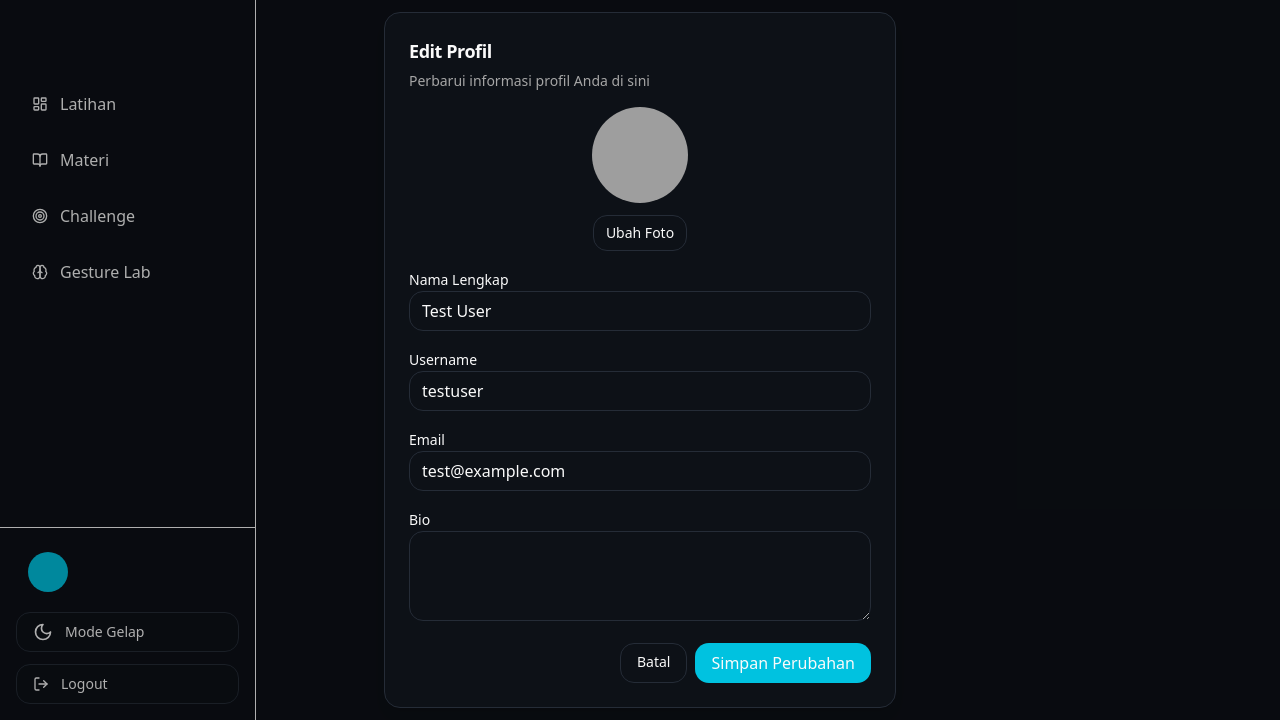
Repository: Tisna7/GESTURA
Page: http://localhost/profile/edit
The author's editor kept a copy of each file at every save. The page is drawn from the files as they stood at one save, then again after the next save.
The browser window is 1280 px wide. The pictures show the whole page.
Pictures or frames that could not be fetched are drawn as grey boxes. The page is served by the project's Laravel application, run on PHP 8.4 with Laravel 12. A made-up administrator, Test User (test@example.com), is signed in. Other server files are loaded and not shown. Style sheets and scripts are compiled from the project's sources, by tool versions that may differ from the author's.

Above is the page before, as saved 2025-11-23 16:32:35.

### app/Providers/AppServiceProvider.php
<?php

namespace App\Providers;

use Illuminate\Support\ServiceProvider;

class AppServiceProvider extends ServiceProvider
{
    /**
     * Register any application services.
     */
    public function register(): void
    {

    }

    /**
     * Bootstrap any application services.
     */
    public function boot(): void
    {

    }
}

### routes/web.php
<?php

use Illuminate\Support\Facades\Route;
use App\Http\Controllers\AuthController;
use App\Http\Controllers\ProfileController;

Route::get('/', function () {
    return view('landingpage');
});

Route::get('/auth', [AuthController::class, 'showPage'])->name('auth.page');

// Route::post('/register', [AuthController::class, 'register'])->name('register');

// Route::post('/login', [AuthController::class, 'login'])->name('login');
// Route::post('/logout', [AuthController::class, 'logout'])->name('logout');


// REGISTER
Route::post('/register', [AuthController::class, 'register'])->name('auth.register');

// LOGIN
Route::post('/login', [AuthController::class, 'login'])->name('auth.login');

// LOGIN GUEST
Route::get('/login/guest', [AuthController::class, 'loginGuest'])->name('auth.guest');

// LOGOUT
Route::get('/logout', [AuthController::class, 'logout'])->name('auth.logout');


Route::get('/profile/edit', [ProfileController::class, 'edit'])->name('profile.edit');
Route::put('/profile/update', [ProfileController::class, 'update'])->name('profile.update');


Route::get('/profile', function () {
    return view('user.profile');
});
Route::get('/materi', function () {
    return view('user.materi');
});
Route::get('/gesturelab', function () {
    return view('user.gesture-lab-practice');
});
Route::get('/gesture-lab-translate', function () {
    return view('user.gesture-lab-translate');
});
Route::get('/materi-isi', function () {
    return view('user.materi-isi');
});
Route::get('/latihan', function () {
    return view('user.quiz');
});
Route::get('/Challenge', function () {
    return view('user.challenge');
});
Route::get('/Challenge-isi', function () {
    return view('user.challenge-isi');
});

### app/Http/Controllers/ProfileController.php
<?php

namespace App\Http\Controllers;

use Illuminate\Http\Request;
use Illuminate\Support\Facades\Auth;

class ProfileController extends Controller
{
    public function edit()
    {
        $user = Auth::user();
        return view('user.profile-edit', compact('user'));
    }

    public function update(Request $request)
    {
        $request->validate([
            'name'     => 'required|string|max:255',
            'username' => 'required|string|max:255|unique:users,username,' . Auth::id(),
            'bio'      => 'nullable|string|max:255',
        ]);

        $user = Auth::user();

        $user->update([
    'name' => $request->name,
    'username' => $request->username,
    'email' => $request->email,
    'bio' => $request->bio,
    'profile_image' => $request->profile_image, // SIMPAN SEED
]);


    return redirect('/profile')->with('success', 'Profil berhasil diperbarui!');
    }
}

### resources/views/user/profile-edit.blade.php
@extends('app')
@section('title', 'Edit Profil')

@section('content')

    {{-- Sidebar --}}
    <x-sidebar-user></x-sidebar-user>

    {{-- Konten Halaman --}}
    <div class="ml-[16rem] p-6">
        {{-- (optional) Isi konten lain di sini --}}
    </div>

    {{-- ======================== MODAL ======================== --}}
    <div class="fixed inset-0 z-50 flex items-center justify-center bg-black/30">

        <div class="w-full max-w-lg bg-background border p-6 shadow-lg rounded-lg animate-in fade-in zoom-in">

            {{-- Header --}}
            <div class="flex flex-col space-y-1.5 text-center sm:text-left">
                <h2 class="text-lg font-semibold">Edit Profil</h2>
                <p class="text-sm text-muted-foreground">Perbarui informasi profil Anda di sini</p>
            </div>

            {{-- Form --}}
            <form action="{{ route('profile.update') }}" method="POST" class="mt-4">
                @csrf

                {{-- FOTO --}}
                <div class="flex flex-col items-center gap-3 mb-4">
                    <span class="relative flex overflow-hidden rounded-full h-24 w-24 border-4 border-primary/20">
                        <img class="h-full w-full object-cover"
                            src="https://api.dicebear.com/7.x/avataaars/svg?seed={{ $user->username ?? 'user' }}">
                    </span>

                    <button type="button"
                        class="inline-flex items-center gap-2 border rounded-md h-9 px-3 text-sm hover:bg-accent hover:text-accent-foreground">
                        Ubah Foto
                    </button>
                </div>

                {{-- INPUT --}}
                <div class="space-y-4">

                    <div>
                        <label class="text-sm font-medium">Nama Lengkap</label>
                        <input type="text" name="name" value="{{ old('name', $user->name) }}"
                            class="w-full h-10 rounded-md border px-3 py-2">
                    </div>

                    <div>
                        <label class="text-sm font-medium">Username</label>
                        <input type="text" name="username" value="{{ old('username', $user->username) }}"
                            class="w-full h-10 rounded-md border px-3 py-2">
                    </div>

                    <div>
                        <label class="text-sm font-medium">Email</label>
                        <input type="email" name="email" value="{{ old('email', $user->email) }}"
                            class="w-full h-10 rounded-md border px-3 py-2">
                    </div>

                    <div>
                        <label class="text-sm font-medium">Bio</label>
                        <textarea name="bio" rows="3" class="w-full rounded-md border px-3 py-2">{{ old('bio', $user->bio) }}</textarea>
                    </div>

                </div>

                {{-- BUTTONS --}}
                <form action="{{ route('profile.update') }}" method="POST">
    @csrf
    @method('PUT')


    {{-- Tombol --}}
    <div class="flex justify-end gap-2 pt-4">
        <a href="/profile" class="border rounded-md px-4 py-2 text-sm hover:bg-accent">
            Batal
        </a>

        <button type="submit" class="bg-primary text-white rounded-md px-4 py-2 hover:bg-primary/90">
            Simpan Perubahan
        </button>
    </div>

</form>



            </form>

        </div>
    </div>

@endsection

### resources/views/components/sidebar-user.blade.php
@php
    use Illuminate\Support\Facades\Auth;
@endphp



<aside
    class="fixed top-0 left-0 h-full bg-sidebar border-r border-sidebar-border shadow-medium z-40 transition-transform duration-300 -translate-x-full lg:translate-x-0 w-64">
    <div class="flex flex-col h-full">

        {{-- LOGO --}}
        <div class="hidden lg:flex items-center gap-2 p-6 border-b border-sidebar-border">
            <div class="w-10 h-10 rounded-full bg-gradient-hero flex items-center justify-center shadow-soft">
                <img src="{{ asset('images/logo.png') }}" alt="MindCare Logo" class="w-8 h-8">
            </div>
            <div>
                <span class="text-xl font-bold bg-gradient-to-r from-primary to-accent bg-clip-text text-transparent block">
                    MindCare
                </span>
            </div>
        </div>

        {{-- MENU --}}
        <nav class="flex-1 p-4 space-y-2 overflow-y-auto mt-16 lg:mt-0">

            {{-- Latihan --}}
            <a class="{{ request()->is('latihan') ? 'bg-sidebar-accent text-sidebar-accent-foreground font-medium shadow-soft'
                : 'text-sidebar-foreground hover:bg-sidebar-accent/50' }}
                flex items-center gap-3 px-4 py-3 rounded-xl transition-smooth"
                href="/latihan">

                <svg xmlns="http://www.w3.org/2000/svg" viewBox="0 0 24 24"
                    fill="none" stroke="currentColor" stroke-width="2"
                    stroke-linecap="round" stroke-linejoin="round"
                    class="lucide lucide-layout-dashboard w-4 h-4">
                    <rect width="7" height="9" x="3" y="3" rx="1"></rect>
                    <rect width="7" height="5" x="14" y="3" rx="1"></rect>
                    <rect width="7" height="9" x="14" y="12" rx="1"></rect>
                    <rect width="7" height="5" x="3" y="16" rx="1"></rect>
                </svg>

                <span>Latihan</span>
            </a>

            {{-- Materi --}}
            <a class="{{ request()->is('materi') ? 'bg-sidebar-accent text-sidebar-accent-foreground font-medium shadow-soft'
                : 'text-sidebar-foreground hover:bg-sidebar-accent/50' }}
                flex items-center gap-3 px-4 py-3 rounded-xl transition-smooth"
                href="/materi">

                <svg xmlns="http://www.w3.org/2000/svg" viewBox="0 0 24 24"
                    fill="none" stroke="currentColor" stroke-width="2"
                    stroke-linecap="round" stroke-linejoin="round"
                    class="lucide lucide-book-open w-4 h-4">
                    <path d="M12 7v14"></path>
                    <path
                        d="M3 18a1 1 0 0 1-1-1V4a1 1 0 0 1 1-1h5a4 4 0 0 1 4 4 4 4 0 0 1 4-4h5a1 1 0 0 1 1 1v13a1 1 0 0 1-1 1h-6a3 3 0 0 0-3 3 3 3 0 0 0-3-3z">
                    </path>
                </svg>

                <span>Materi</span>
            </a>

            {{-- Challenge --}}
            <a class="{{ request()->is('Challenge') ? 'bg-sidebar-accent text-sidebar-accent-foreground font-medium shadow-soft'
                : 'text-sidebar-foreground hover:bg-sidebar-accent/50' }}
                flex items-center gap-3 px-4 py-3 rounded-xl transition-smooth"
                href="/Challenge">

                <svg xmlns="http://www.w3.org/2000/svg" viewBox="0 0 24 24"
                    fill="none" stroke="currentColor" stroke-width="2"
                    stroke-linecap="round" stroke-linejoin="round"
                    class="lucide lucide-target w-4 h-4">
                    <circle cx="12" cy="12" r="10"></circle>
                    <circle cx="12" cy="12" r="6"></circle>
                    <circle cx="12" cy="12" r="2"></circle>
                </svg>

                <span>Challenge</span>
            </a>

            {{-- Gesture Lab --}}
            <a class="{{ request()->is('gesturelab') ? 'bg-sidebar-accent text-sidebar-accent-foreground font-medium shadow-soft'
                : 'text-sidebar-foreground hover:bg-sidebar-accent/50' }}
                flex items-center gap-3 px-4 py-3 rounded-xl transition-smooth"
                href="/gesturelab">

                <svg xmlns="http://www.w3.org/2000/svg" viewBox="0 0 24 24"
                    fill="none" stroke="currentColor" stroke-width="2"
                    stroke-linecap="round" stroke-linejoin="round"
                    class="lucide lucide-brain w-4 h-4">

                    <path d="M12 5a3 3 0 1 0-5.997.125 4 4 0 0 0-2.526 5.77 4 4 0 0 0 .556 6.588A4 4 0 1 0 12 18Z"></path>
                    <path d="M12 5a3 3 0 1 1 5.997.125 4 4 0 0 1 2.526 5.77 4 4 0 0 1-.556 6.588A4 4 0 1 1 12 18Z"></path>
                    <path d="M15 13a4.5 4.5 0 0 1-3-4 4.5 4.5 0 0 1-3 4"></path>

                </svg>

                <span>Gesture Lab</span>
            </a>
        </nav>

        {{-- BOTTOM SECTION --}}
        <div class="p-4 border-t border-sidebar-border space-y-3">

            {{-- User Button --}}
            <button
                class="w-full flex items-center gap-3 px-3 py-2 rounded-xl hover:bg-sidebar-accent transition-smooth"
                type="button">
                <span class="relative flex items-center justify-center shrink-0 overflow-hidden rounded-full w-10 h-10 bg-primary"></span>
                <div class="flex-1 text-left">
                    <p class="text-sm font-medium text-sidebar-foreground"></p>
                    <p class="text-xs text-muted-foreground"></p>
                </div>
            </button>

            {{-- Mode Gelap --}}
            <button
                class="inline-flex items-center whitespace-nowrap rounded-md text-sm font-medium border border-input bg-background hover:bg-accent hover:text-accent-foreground h-10 px-4 py-2 w-full justify-start gap-3 hover:bg-accent transition-smooth">
                <svg xmlns="http://www.w3.org/2000/svg" viewBox="0 0 24 24"
                    fill="none" stroke="currentColor" stroke-width="2"
                    stroke-linecap="round" stroke-linejoin="round"
                    class="lucide lucide-moon w-4 h-4">
                    <path d="M12 3a6 6 0 0 0 9 9 9 9 0 1 1-9-9Z"></path>
                </svg>
                <span>Mode Gelap</span>
            </button>

            {{-- Logout --}}
            <form action="" method="POST">
                @csrf
                <button type="submit"
                    class="inline-flex items-center whitespace-nowrap rounded-md text-sm font-medium border border-input bg-background hover:bg-accent hover:text-accent-foreground h-10 px-4 py-2 w-full justify-start gap-3">

                    <svg xmlns="http://www.w3.org/2000/svg" viewBox="0 0 24 24"
                        fill="none" stroke="currentColor" stroke-width="2"
                        stroke-linecap="round" stroke-linejoin="round"
                        class="lucide lucide-log-out w-4 h-4">
                        <path d="M9 21H5a2 2 0 0 1-2-2V5a2 2 0 0 1 2-2h4"></path>
                        <polyline points="16 17 21 12 16 7"></polyline>
                        <line x1="21" x2="9" y1="12" y2="12"></line>
                    </svg>

                    <span>Logout</span>
                </button>
            </form>

        </div>
    </div>
</aside>




<script>
    const html = document.documentElement;
    const toggleDark = document.querySelector('.hover\\:bg-accent'); // tombol "Mode Gelap"
    const icon = toggleDark.querySelector('svg');
    const label = toggleDark.querySelector('span');

    // Cek tema yang tersimpan
    const storedTheme = localStorage.getItem("theme");
    const systemPrefersDark = window.matchMedia("(prefers-color-scheme: dark)").matches;

    // Fungsi ubah tema
    function setTheme(dark) {
        if (dark) {
            html.classList.add("dark");
            localStorage.setItem("theme", "dark");
            label.textContent = "Mode Terang";
            icon.outerHTML = `
        <svg xmlns="http://www.w3.org/2000/svg" width="24" height="24"
          viewBox="0 0 24 24" fill="none" stroke="currentColor"
          stroke-width="2" stroke-linecap="round" stroke-linejoin="round"
          class="lucide lucide-sun w-5 h-5">
          <circle cx="12" cy="12" r="4"></circle>
          <path d="M12 2v2"></path>
          <path d="M12 20v2"></path>
          <path d="m4.93 4.93 1.41 1.41"></path>
          <path d="m17.66 17.66 1.41 1.41"></path>
          <path d="M2 12h2"></path>
          <path d="M20 12h2"></path>
          <path d="m6.34 17.66-1.41 1.41"></path>
          <path d="m19.07 4.93-1.41 1.41"></path>
        </svg>`;
        } else {
            html.classList.remove("dark");
            localStorage.setItem("theme", "light");
            label.textContent = "Mode Gelap";
            icon.outerHTML = `
        <svg xmlns="http://www.w3.org/2000/svg" width="24" height="24"
          viewBox="0 0 24 24" fill="none" stroke="currentColor"
          stroke-width="2" stroke-linecap="round" stroke-linejoin="round"
          class="lucide lucide-moon w-5 h-5">
          <path d="M12 3a6 6 0 0 0 9 9 9 9 0 1 1-9-9Z"></path>
        </svg>`;
        }
    }

    // Terapkan tema saat load pertama
    setTheme(storedTheme === "dark" || (!storedTheme && systemPrefersDark));

    // Tambahkan event listener untuk toggle
    toggleDark.addEventListener("click", () => {
        setTheme(!html.classList.contains("dark"));
    });
</script>

### resources/views/app.blade.php
<!DOCTYPE html>
<html lang="id">
<head>
  <meta charset="UTF-8">
  <meta name="viewport" content="width=device-width, initial-scale=1.0">
  <meta name="csrf-token" content="{{ csrf_token() }}">
  <link rel="icon" type="image/png" href="{{ asset('images/logo.png') }}">
  <title>@yield('title', 'GESTURA')</title>

  <!-- Tailwind CSS -->
  {{-- @vite('public/build/app-Lz3KVd0D.css') --}}
  {{-- <!-- @vite('resources/css/app.css') --> --}}
   {{-- <!-- @vite('public/build/assets/app-TBPMHXQo.css') --> --}}

  @vite(['resources/css/app.css', 'resources/css/theme.css'])

  <script defer src="https://cdn.jsdelivr.net/npm/alpinejs@3.x.x/dist/cdn.min.js"></script>

</head>
<body>
  @yield('content')
</body>
</html>

### resources/css/app.css
@import 'tailwindcss';
@import "./theme.css";

@source '../../vendor/laravel/framework/src/Illuminate/Pagination/resources/views/*.blade.php';
@source '../../storage/framework/views/*.php';
@source '../**/*.blade.php';
@source '../**/*.js';

@theme {
    --font-sans: 'Instrument Sans', ui-sans-serif, system-ui, sans-serif, 'Apple Color Emoji', 'Segoe UI Emoji',
        'Segoe UI Symbol', 'Noto Color Emoji';

    --color-background: #ffabcc;
}

Loaded but not shown: app/Models/User.php (common file); app/Http/Controllers/Controller.php (common file); resources/css/theme.css (library)

After the next save:
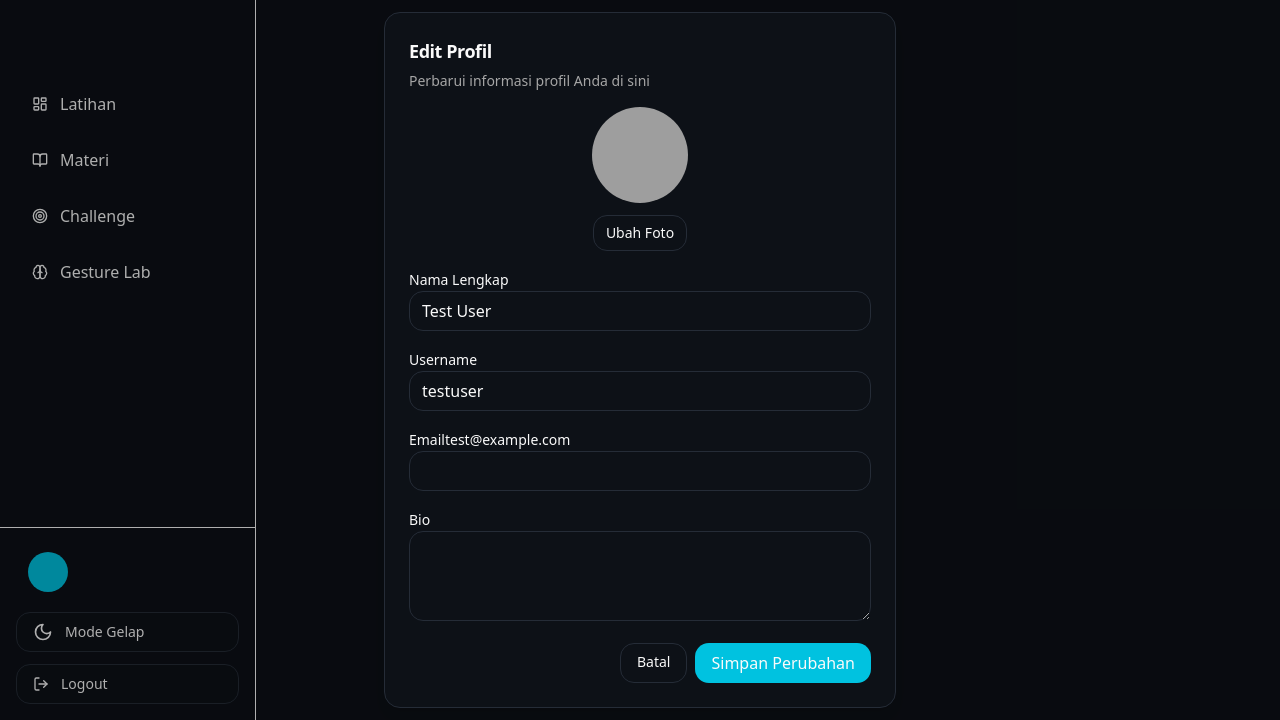
Saved 22 s later.
--- a/resources/views/user/profile-edit.blade.php
+++ b/resources/views/user/profile-edit.blade.php
@@ -55,8 +55,8 @@
                     </div>
 
                     <div>
-                        <label class="text-sm font-medium">Email</label>
-                        <input type="email" name="email" value="{{ old('email', $user->email) }}"
+                        <label class="text-sm font-medium">Email{{ old('email', $user->email) }}</label>
+                        <input type="email" name="email" value=""
                             class="w-full h-10 rounded-md border px-3 py-2">
                     </div>
 
